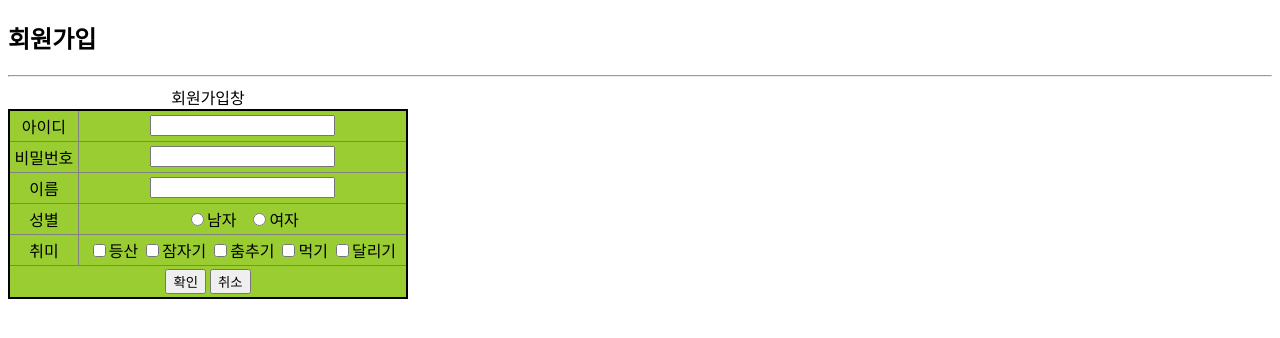
Repository: nijooymik/smartfactory
Page: http://localhost/t0720/customer.jsp
The author's editor kept a copy of each file at every save. The page is drawn from the files as they stood at one save, then again after the next save.
The browser window is 1280 px wide. The pictures show the whole page.
The page is served by Tomcat 9.

Above is the page before, as saved 2022-07-20 05:15:11.

### jsp/t0720/src/main/webapp/customer.jsp
<%@ page language="java" contentType="text/html; charset=EUC-KR"
	pageEncoding="EUC-KR"%>
<!DOCTYPE html>
<html>
<head>
<meta charset="EUC-KR">
<style>
	table {width:400px;border:2px solid black;border-collapse:collapse;}
	td {background-color:yellowgreen;text-align:center;border:1px solid gray;padding:3px;}
</style>
<title>Insert title here</title>
</head>
<body>
	<h2>회원가입</h2>
	<hr>
	<form action="" method="post">
		<table border=1>
			<caption>회원가입창</caption>
			<tr>
				<td>아이디</td>
				<td><input type="text" name="id"></td>
			</tr>
			<tr>
				<td>비밀번호</td>
				<td><input type="text" name="pw"></td>
			</tr>
			<tr>
				<td>이름</td>
				<td><input type="text" name="name"></td>
			</tr>
			<tr>
				<td>성별</td>
				<td><input type="radio" name="gender" value="M">남자
					&nbsp;&nbsp;<input type="radio" name="gender" value="F">여자</td>
			</tr>
			<tr>
				<td>취미</td>
				<td><input type="checkbox" name="hobby" value="등산">등산 <input
					type="checkbox" name="hobby" value="잠자기">잠자기 <input
					type="checkbox" name="hobby" value="춤추기">춤추기 <input
					type="checkbox" name="hobby" value="먹기">먹기 <input
					type="checkbox" name="hobby" value="달리기">달리기</td>
			</tr>
			<tr>
				<td colspan=2><input type="submit" value="확인"> <input
					type="reset" value="취소"></td>
			</tr>
		</table>
	</form>
</body>
</html>

After the next save:
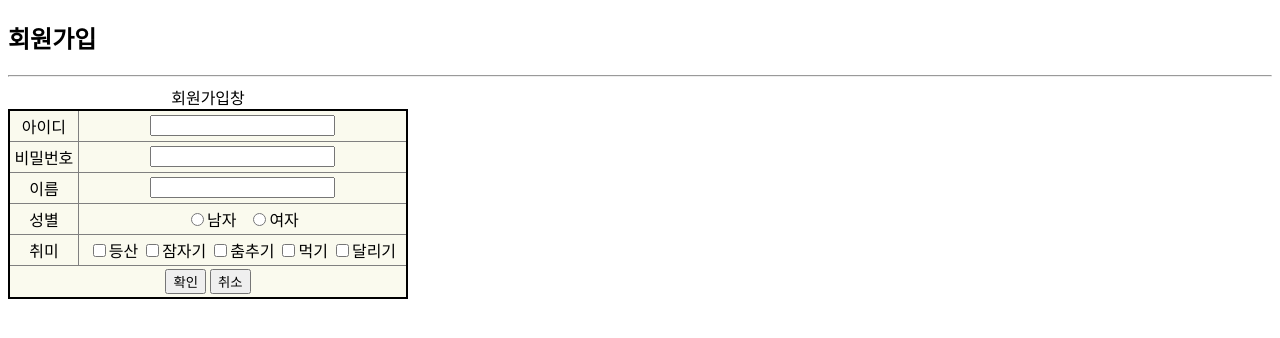
Saved 13 s later.
--- a/jsp/t0720/src/main/webapp/customer.jsp
+++ b/jsp/t0720/src/main/webapp/customer.jsp
@@ -6,7 +6,7 @@
 <meta charset="EUC-KR">
 <style>
 	table {width:400px;border:2px solid black;border-collapse:collapse;}
-	td {background-color:yellowgreen;text-align:center;border:1px solid gray;padding:3px;}
+	td {background-color:#fafaee;text-align:center;border:1px solid gray;padding:3px;}
 </style>
 <title>Insert title here</title>
 </head>

After the save that followed:
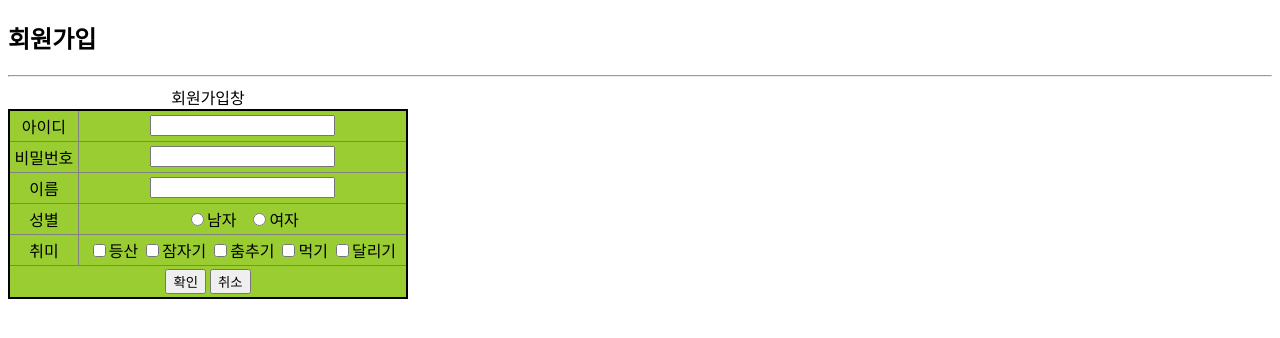
Saved 28 s later.
--- a/jsp/t0720/src/main/webapp/customer.jsp
+++ b/jsp/t0720/src/main/webapp/customer.jsp
@@ -6,7 +6,7 @@
 <meta charset="EUC-KR">
 <style>
 	table {width:400px;border:2px solid black;border-collapse:collapse;}
-	td {background-color:#fafaee;text-align:center;border:1px solid gray;padding:3px;}
+	td {background-color:yellowgreen;text-align:center;border:1px solid gray;padding:3px;}
 </style>
 <title>Insert title here</title>
 </head>
